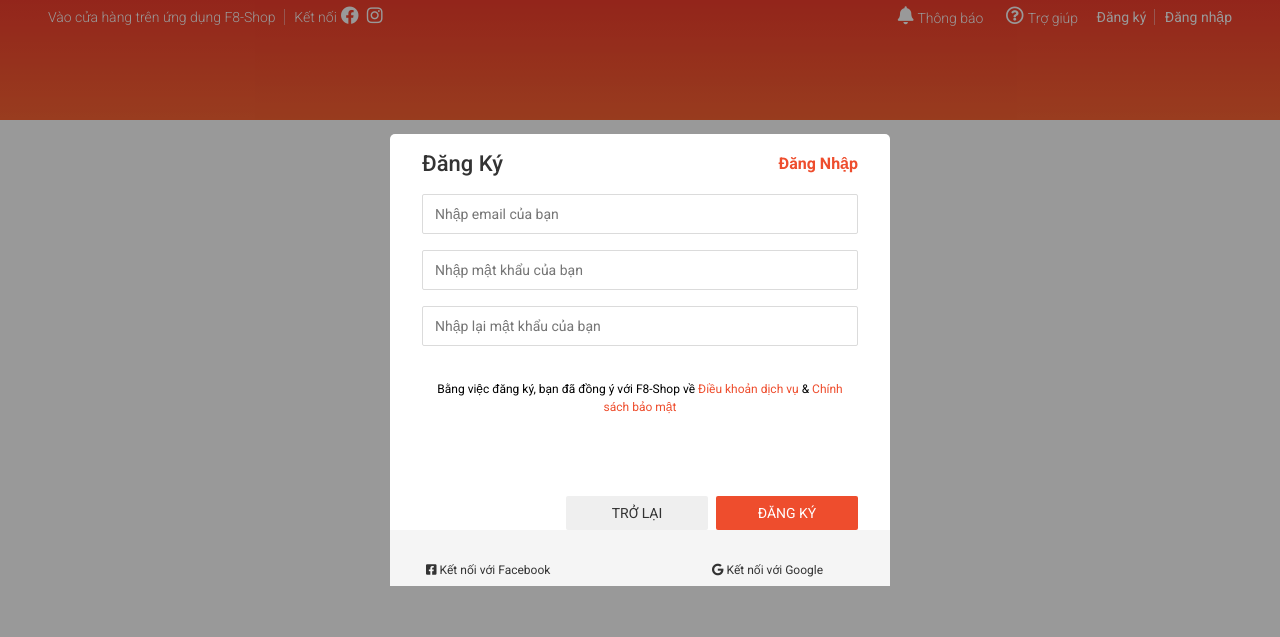
Repository: huynhnhan112/Shopee_Homepage
Page: index.html
The author's editor kept a copy of each file at every save. The page is drawn from the files as they stood at one save, then again after the next save.
The browser window is 1280 px wide. The pictures show the whole page.

Above is the page before, as saved 2021-11-19 16:12:16.

### index.html
<!DOCTYPE html>
<html lang="en">

<head>
    <meta charset="UTF-8">
    <meta http-equiv="X-UA-Compatible" content="IE=edge">
    <meta name="viewport" content="width=device-width, initial-scale=1.0">
    <link rel="stylesheet" href="https://cdnjs.cloudflare.com/ajax/libs/normalize/8.0.1/normalize.min.css"
        integrity="sha512-NhSC1YmyruXifcj/KFRWoC561YpHpc5Jtzgvbuzx5VozKpWvQ+4nXhPdFgmx8xqexRcpAglTj9sIBWINXa8x5w=="
        crossorigin="anonymous" referrerpolicy="no-referrer" />
    <link rel="preconnect" href="https://fonts.googleapis.com">
    <link rel="preconnect" href="https://fonts.gstatic.com" crossorigin>
    <link href="https://fonts.googleapis.com/css2?family=Roboto:wght@100;300;400;500;700&display=swap" rel="stylesheet">
    <link rel="stylesheet" href="./assets/fonts/fontawesome-free-5.15.4/fontawesome-free-5.15.4-web/css/all.min.css">
    <link rel="stylesheet" href="./assets/css/base.css">
    <link rel="stylesheet" href="./assets/css/style.css">
    <title>F8 - Shop</title>
</head>

<body>
    <div class="app">
        <header class="header">
            <div class="grid">
                <nav class="header__navbar">
                    <ul class="header__navbar-list">
                        <li class="header__navbar-item header__navbar-item--qr header__navbar-item--separate">Vào cửa
                            hàng trên ứng dụng F8-Shop
                            <div class="header__qr">
                                <img src="./assets/img/qr_code.png" alt="QR code" class="header__qr-img">
                                <div class="header__qr-apps">
                                    <a href="" class="header__qr-link">
                                        <img src="./assets/img/google_play.png" alt="Google Play"
                                            class="header__qr-download">
                                    </a>
                                    <a href="" class="header__qr-link">
                                        <img src="./assets/img/app_store.png" alt="App Store"
                                            class="header__qr-download">
                                    </a>
                                </div>
                            </div>
                        </li>
                        <li class="header__navbar-item">
                            <span class="header__navbar-title">Kết nối</span>
                            <a href="#" class="header__navbar-icon-link">
                                <i class="header__navbar-icon fab fa-facebook"></i>
                            </a>
                            <a href="#" class="header__navbar-icon-link">
                                <i class="header__navbar-icon fab fa-instagram"></i>
                            </a>
                        </li>
                    </ul>
                    <ul class="header__navbar-list">
                        <li class="header__navbar-item header__navbar-item--show-notify">
                            <a href="#" class="header__navbar-item-link">
                                <i class="header__navbar-icon fas fa-bell"></i>
                                Thông báo
                            </a>
                            <div class="header__notify">
                                <header class="header__notify-header">
                                    <h3>Thông Báo Mới Nhận</h3>
                                </header>
                                <ul class="header__notify-list">
                                    <li class="header__notify-item header__notify-item--viewed">
                                        <a href="" class="header__notify-link">
                                            <img src="https://img.abaha.vn/photos/origin/83-1586781803-myphamohui-lgvina.png"
                                                alt="" class="header__notify-img">
                                            <div class="header__notify-info">
                                                <span class="header__notify-name">Ohui chính thức ra mắt dòng son
                                                    lì mới The First Genture Lipstick</span>
                                                <span class="header__notify-description">Một lần môi căng mềm, quyến
                                                    rũ với sắc màu nổi bật luôn là điều mà các quý cô ao
                                                    ước</span>
                                            </div>
                                        </a>
                                    </li>
                                    <li class="header__notify-item header__notify-item--viewed">
                                        <a href="" class="header__notify-link">
                                            <img src="https://img.abaha.vn/photos/origin/83-1586781803-myphamohui-lgvina.png"
                                                alt="" class="header__notify-img">
                                            <div class="header__notify-info">
                                                <span class="header__notify-name">Xác thực chính hãng nguồn gốc
                                                    các sản phẩm Ohui</span>
                                                <span class="header__notify-description">HiddenTag là xác thực hàng
                                                    chính hãng bằng công nghệ tiên tiến nhất hiện nay</span>
                                            </div>
                                        </a>
                                    </li>
                                    <li class="header__notify-item">
                                        <a href="" class="header__notify-link">
                                            <img src="https://img.abaha.vn/photos/origin/83-1586781803-myphamohui-lgvina.png"
                                                alt="" class="header__notify-img">
                                            <div class="header__notify-info">
                                                <span class="header__notify-name">Sale sốc bộ dưỡng Ohui The First
                                                    tái tạo trả hóa da SALE OFF 70%</span>
                                                <span class="header__notify-description">Giá chỉ còn 375.000(giá
                                                    gốc 1.250.000 vnđ)</span>
                                            </div>
                                        </a>
                                    </li>
                                </ul>
                                <footer class="header__notify-footer">
                                    <a href="" class="header__notify-footer-btn">Xem tất cả</a>
                                </footer>
                            </div>
                        </li>
                        <li class="header__navbar-item">
                            <a href="#" class="header__navbar-item-link">
                                <i class="header__navbar-icon far fa-question-circle"></i>
                                Trợ giúp
                            </a>
                        </li>
                        <li class="header__navbar-item header__navbar-item--strong header__navbar-item--separate">Đăng
                            ký</li>
                        <li class="header__navbar-item header__navbar-item--strong">Đăng nhập</li>
                    </ul>
                </nav>
            </div>
        </header>

        <div class="container">

        </div>

        <footer class="footer">

        </footer>
    </div>

    <!-- Modal Layout -->
    <div class="modal">
        <div class="modal__overclay"></div>
        <div class="modal__body">

            <!-- Authen form -->
            <div class="auth-form">
                <div class="auth-form__container">
                    <div class="auth-form__header">
                        <h3 class="auth-form__heading">Đăng Ký</h3>
                        <span class="auth-form__switch-btn">Đăng Nhập</span>
                    </div>
                    <div class="auth-form__form">
                        <div class="auth-form__group">
                            <input type="text" class="auth-form__input" placeholder="Nhập email của bạn">
                        </div>
                        <div class="auth-form__group">
                            <input type="text" class="auth-form__input" placeholder="Nhập mật khẩu của bạn">
                        </div>
                        <div class="auth-form__group">
                            <input type="text" class="auth-form__input" placeholder="Nhập lại mật khẩu của bạn">
                        </div>
                    </div>
                    <div class="auth-form__aside">
                        <p>Bằng việc đăng ký, bạn đã đồng ý với F8-Shop về <a href="#">Điều khoản dịch
                                vụ</a> & <a href="#">Chính sách bảo mật</a></p>
                    </div>
                    <div class="auth-form__controls">
                        <button class="btn auth-form__controls--back">TRỞ LẠI</button>
                        <button class="btn btn--primary">ĐĂNG KÝ</button>
                    </div>
                </div>
                <div class="auth-form__socials">
                    <a href="" class="btn btn--size-s btn--with--icon">
                        <i class="fab fa-facebook-square"></i>
                        Kết nối với Facebook
                    </a>
                    <a href="" class="btn btn--size-s btn--with--icon">
                        <i class="fab fa-google"></i>
                        Kết nối với Google
                    </a>
                </div>
            </div>
        </div>
    </div>
</body>

</html>

### assets/css/base.css
:root{
    --white-color: #fff;
    --black-color: #000;
    --text-color: #333;
    --primary-color: #ee4d2d;
    --border-color: #dbdbdb;
}

*{
    box-sizing: inherit;
}

html{
    font-size: 62.5%;
    line-height: 1.6rem;
    font-family: 'Roboto', sans-serif;
    box-sizing: border-box;
}

.grid{
    width: 1200px;
    max-width: 100%;
    margin: 0 auto;
}

.grid__full_width{
    width: 100%;
}

.gid__row{
    display: flex;
    flex-wrap: wrap;
}

@keyframes fadeIn {
    from{
        opacity: 0;
    }
    to{
        opacity: 1;
    }
}

/* Modal */
.modal{
    position: fixed;
    top: 0;
    left: 0;
    right: 0;
    bottom: 0;
    display: flex;
}

.modal__overclay{
    position: absolute;
    width: 100%;
    height: 100%;
    background-color: rgba(0,0,0,0.4);
}

.modal__body{
    position: relative;
    background-color: var(--white-color);
    margin: auto;
    z-index: 1;
    border-radius: 5px;
}

/* Button style */
.btn{
    min-width: 142px;
    height: 34px;
    text-decoration: none;
    border: none;
    border-radius: 2px;
    font-size: 1.4rem;
    cursor: pointer;
    color: var(--text-color);

}

.btn:hover{
    background-color: rgba(0,0,0,0.2);
}

.btn.btn--primary{
    background-color: var(--primary-color);
    color: var(--white-color);
}

.btn.btn--size-s{
    height: 32px;
    font-size: 1.2rem;
   line-height: 56px;
}

.btn.btn--disabled{
    color: #949494;
    cursor: default;
    background-color: #c3c3c3;
}

### assets/css/style.css
.header{
    height: 120px;
    background-image: linear-gradient(0, #fe6433, #f53e2d);
}

.header__navbar{
    display: flex;
    justify-content: space-between;
    min-height: 26px;
}

.header__navbar-list{
    list-style: none;
    padding-left: 0;
    margin-top: 4px;
}

.header__navbar-item{
    margin: 0 8px;
    position: relative;
    min-height: 26px;
}

.header__navbar-item,
.header__navbar-item-link{
    display: inline-block;
    font-size: 1.4rem;
    color: var(--white-color);
    text-decoration: none;
    font-weight: 300;
}

.header__navbar-item,
.header__navbar-item-link,
.header__navbar-icon-link{
    display: inline-flex;
    align-items: center;
}

.header__navbar-item:hover,
.header__navbar-item-link:hover,
.header__navbar-icon-link:hover{
    color: rgba(255,255,255, 0.7);
    cursor: pointer;
}

.header__navbar-item--strong{
    font-weight: 400;
}

.header__navbar-item--separate::after{
    content: '';
    display: block;
    position: absolute;
    border-left: 1px solid #FB9086;
    height: 16px;
    right: -9px;
    top: 50%;
    transform: translateY(-50%);
}

.header__navbar-icon-link{
    color: var(--white-color);
    text-decoration: none;
}

.header__navbar-icon{
    font-size: 1.8rem;
    margin: 0 4px 5px;
}

.header__navbar-title{
    cursor: text;
    color: var(--white-color);
}

/* Header QR Code */
.header__qr{
    background-color: var(--white-color);
    width: 186px;
    position: absolute;
    left: 0;
    top: 160%;
    padding: 8px;
    border-radius: 2px;
    display: none;
    animation: fadeIn ease-in-out 0.3s;
}

.header__qr::before{
    content: '';
    position: absolute;
    display: block;
    width: 100%;
    height: 20px;
    top: -16px;
    left: 0;
}

.header__navbar-item--qr:hover .header__qr{
    display: block;
}

.header__qr-img{
    width: 100%;
}

.header__qr-apps{
    display: flex;
    justify-content: space-between;
}

.header__qr-link:first-child{
    margin-left: 11px;
}

.header__qr-link:last-child{
    margin-right: 11px;
}

.header__qr-download{
    height: 15px;
}

/* Header Notifycation */
.header__notify{
    position: absolute;
    top: 150%;
    right: 0;
    width: 404px;
    border: 1px solid #d3d3d3;
    background-color: var(--white-color);
    cursor: default;
    transform-origin: calc(100% - 20px) top;
    animation: headerNotify ease-in-out 0.3s;
    will-change: opacity, transform;
    display: none;
}

.header__notify::before{
    content: '';
    border: 20px solid;
    border-color: transparent transparent var(--white-color) transparent;
    position: absolute;
    right: 10px;
    top: -29px;
}

.header__notify::after{
    content: '';
    display: block;
    width: 90px;
    height: 20px;
    position: absolute;
    right: 0;
    top: -15px;
}

@keyframes headerNotify {
    from{
        transform: scale(0);
        opacity: 0;
    }
    to{
        transform: scale(1);
        opacity: 1;
    }
}

.header__navbar-item--show-notify:hover .header__notify{
    display: block;
}

.header__notify-header{
    height: 40px;
    background-color: var(--white-color);
}

.header__notify-header h3{
    color: #999;
    margin: 0 0 0 12px;
    font-weight: 400;
    font-size: 1.5rem;
    line-height: 40px;
    user-select: none;
}

.header__notify-list{
    padding-left: 0;
}

.header__notify-item{
    display: flex;
}

.header__notify-item:hover{
    background-color: #f7f7f7;
}

.header__notify-item--viewed{
    background-color: rgba(238,75,43,0.08);
}

.header__notify-link{
    display: flex;
    width: 100%;
    padding: 12px;
    text-decoration: none;
}

.header__notify-img{
    width: 48px;
    object-fit: contain;
}

.header__notify-info{
    margin-left: 1.2rem;
    /* line-height: 2.4rem; */
}

.header__notify-name{
    display: block;
    font-size: 1.4rem;
    color: var(--text-color);
    font-weight: 500;
    line-height: 1.8rem;
}

.header__notify-description{
    display: block;
    font-size: 1.2rem;
    color: #756f6e;
    font-weight: 400;
    margin-top: 0.4rem;
}

.header__notify-footer{
    text-align: center;
}

.header__notify-footer-btn{
    text-decoration: none;
    color: var(--text-color);
    padding: 16px 0;
    width: 100%;
    display: block;
    font-weight: 500;
}

/* Authencation Form */
.auth-form{
    width: 500px;
}

.auth-form__container{
    margin: 0 32px;
}

.auth-form__header{
    display: flex;
    align-items: center;
    justify-content: space-between;
}

.auth-form__heading{
    font-size: 2.2rem;
    font-weight: 500;
    color: var(--text-color);
}

.auth-form__switch-btn{
    font-size: 1.6rem;
    color: var(--primary-color);
    font-weight: 600;
    cursor: pointer;
}

.auth-form__input{
    height: 4rem;
    width: 100%;
    margin-bottom: 1.6rem;
    padding: 0 1.2rem;
    font-size: 1.4rem;
    border: 1px solid var(--border-color);
    border-radius: 2px;
    outline: none;
}

.auth-form__input:focus{
    border-color: #888;
}

.auth-form__aside{
    margin-top: 1.8rem;
}

.auth-form__aside p{
    font-size: 1.2rem;
    line-height: 1.8rem;
    text-align: center;
    padding: 0 1.2rem;
}

.auth-form__aside a{
    text-decoration: none;
    color: var(--primary-color);
}

.auth-form__controls{
    margin-top: 80px;
    display: flex;
    justify-content: flex-end;
}

.auth-form__controls--back{
    margin-right: 8px;
}

.auth-form__socials{
   background-color: #f5f5f5;
   padding: 12px 36px;
   display: flex;
   justify-content: space-between;
}

Loaded but not shown: assets/fonts/fontawesome-free-5.15.4/fontawesome-free-5.15.4-web/css/all.min.css (library)

After the next save:
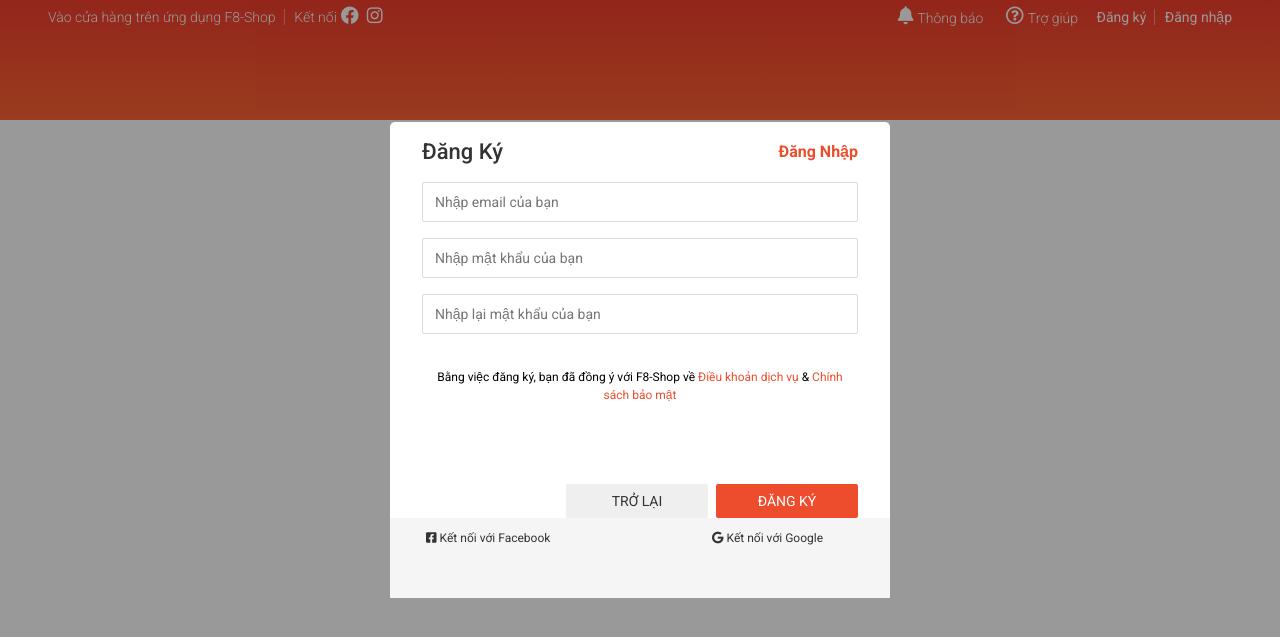
Saved 29 s later.
--- a/assets/css/base.css
+++ b/assets/css/base.css
@@ -91,7 +91,7 @@
 .btn.btn--size-s{
     height: 32px;
     font-size: 1.2rem;
-   line-height: 56px;
+    height: 56px;
 }
 
 .btn.btn--disabled{
